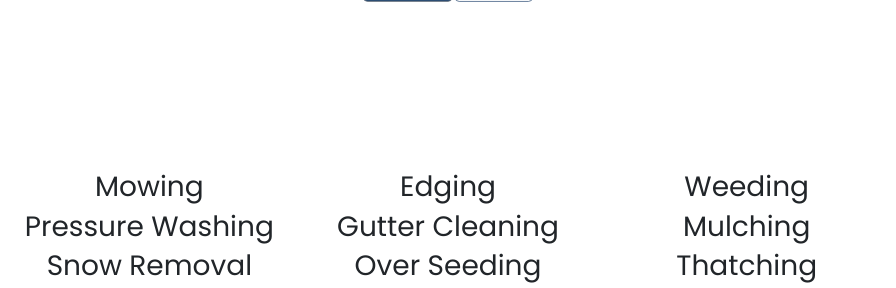
Repository: ParkerW98/Nobo
Page: docs/index.html
An editor plug-in stored every save of this project. The page is shown before and after the next save, followed by the edit.
The browser window is 1280 px wide. The pictures show the part of the page from y = 481 to 2401 px (the page is 892 px tall before and 2860 px after), at 70% of full size.

Above is the page before, as saved 2024-01-22 14:50:03.

### docs/index.html
<!doctype html>
<html lang="en">
    <head>
        <title>Nobo Landscaping - Home Page</title>
        <!-- Meta tags -->
        <meta charset="UTF-8">
        <meta http-equiv="X-UA-Compatible" content="IE-=Edge">
        <meta name="viewport" content="width=device-width, initial-scale=1.0">
        <meta name="author" content="Parker Williams">
        <meta name="title" content="Nobo Landscaping">
        <meta name="description" content="Professional landscaping services brought to you by Nobo
        Landscaping">
        <meta name="keywords" content="Landscaping, Mowing, Edging, Blowing, Pressure washing,
        Gutter cleaning, Mulching, Weeding, Snow removal, Over seeding, Spring clean,
        Thatching, Aerating">

        <!-- Bootstrap CSS v5.3.2 -->
        <link
            href="https://cdn.jsdelivr.net/npm/bootstrap@5.3.2/dist/css/bootstrap.min.css"
            rel="stylesheet"
            integrity="sha384-T3c6CoIi6uLrA9TneNEoa7RxnatzjcDSCmG1MXxSR1GAsXEV/Dwwykc2MPK8M2HN"
            crossorigin="anonymous"
        />
        <link
            rel="stylesheet"
            href="https://cdn.jsdelivr.net/npm/bootstrap-icons@1.11.3/font/bootstrap-icons.min.css">

            <link rel="stylesheet" href="./index.css">

            <link rel="preconnect" href="https://fonts.googleapis.com">
            <link rel="preconnect" href="https://fonts.gstatic.com" crossorigin>
            <link href="https://fonts.googleapis.com/css2?family=Poppins:wght@300;400&display=swap" rel="stylesheet">

    </head>

    <body>
        <header>
        <div class="container-fluid">
            <div class="row">
                <div class="col-sm align-self-center" id="cta">
                    <a class="btn btn-primary" href="#book-now" role="button">BOOK NOW</a>
                </div>
                <div class="col-md-7 align-self-center">
                    <div class="banner" id="top-page">
                        <a>
                            <img
                            src="./assets/Nobo banner 1.svg"
                            class="img-fluid"
                            alt="Nobo logo banner"
                            >
                        </a>
                    </div>
                </div>
                <div class="col-sm align-self-center">
                </div>
            </div>
        </div>
        </header>
        <main>
            <div class="container-fluid greeting">
                <h1 id="quality-tag">QUALITY THAT IS GUARANTEED</h1>
                <h2 id="tag-line">Landscaping done the NOBO way<br>
                                    the way it should be</h2>
                <div class="mid-buttons">
                    <a class="btn btn-secondary left-button" href="#book-now" role="button">GET A QUOTE</a>
                    <a class="btn btn-secondary right-button" href="#book-now" role="button">OUR WORK</a>
                </div>
            </div>

            <div class="container-fluid text-center services">
                <div class="row">
                    <div class="col-sm">
                        <h1>Mowing</h1>
                    </div>
                    <div class="col-sm">
                        <h1>Edging</h1>
                    </div>
                    <div class="col-sm">
                        <h1>Weeding</h1>
                    </div>
                </div>
                <div class="row">
                    <div class="col-sm">
                        <h1>Pressure Washing</h1>
                    </div>
                    <div class="col-sm">
                        <h1>Gutter Cleaning</h1>
                    </div>
                    <div class="col-sm">
                        <h1>Mulching</h1>
                    </div>
                </div>
                <div class="row">
                    <div class="col-sm">
                        <h1>Snow Removal</h1>
                    </div>
                    <div class="col-sm">
                        <h1>Over Seeding</h1>
                    </div>
                    <div class="col-sm">
                        <h1>Thatching</h1>
                    </div>
                </div>
            </div>
        </main>
        <footer>

        </footer>
        <!-- Bootstrap JavaScript Libraries -->
        <script
            src="https://cdn.jsdelivr.net/npm/@popperjs/core@2.11.8/dist/umd/popper.min.js"
            integrity="sha384-I7E8VVD/ismYTF4hNIPjVp/Zjvgyol6VFvRkX/vR+Vc4jQkC+hVqc2pM8ODewa9r"
            crossorigin="anonymous"
        ></script>

        <script
            src="https://cdn.jsdelivr.net/npm/bootstrap@5.3.2/dist/js/bootstrap.min.js"
            integrity="sha384-BBtl+eGJRgqQAUMxJ7pMwbEyER4l1g+O15P+16Ep7Q9Q+zqX6gSbd85u4mG4QzX+"
            crossorigin="anonymous"
        ></script>
    </body>
</html>

### docs/index.css
body {
    font-family: 'Poppins', sans-serif;
}

.banner {
    text-align: center;
}

#cta {
    text-align: center;
}

header {
    background-color: #f5f5f5;
}

.btn-primary {
    background-color: #eb5050;
    border-color: #eb5050;
    padding: .5em;
    padding-left: 1em;
    padding-right: 1em;
    font-size: 1.55em;
}

.btn-primary:hover {
    background-color: #C74444;
    border-color: #C74444;
}

.greeting {

}

#quality-tag {
    margin-top: 10em;
    text-align: center;
    font-size: 1.3em;
    letter-spacing: .2em;
    color:#C74444;
}

#tag-line {
    margin-top: 0.5em;
    text-align: center;
    font-size: 2.3em;
    letter-spacing: .05em;
    color: #2A4B73;
}

.mid-buttons {
    margin-top: 1em;
    text-align: center;
    margin-bottom: 15em;
}

.left-button {
    background-color: #2A4B73;
}

.left-button:hover {
    background-color: #1D344F;
}

.right-button {
    background-color: transparent;
    border-color: #2A4B73;
    color:#2A4B73
}

.right-button:hover {
    background-color: #f5f5f5;
    color: #1D344F;
}

.services {
    margin-top: 10em;
}

.service-text {
    margin-left: 15em;
    margin-right: 15em;
    margin-bottom: 3em;
}

/* Mobile properties */

@media (max-width: 990px) {
    .btn-primary {
        padding: .35em;
        padding-left: .7em;
        padding-right: .7em;
        font-size: .90em;
    }

    .btn-primary:hover {
        padding: .35em;
        padding-left: .7em;
        padding-right: .7em;
        font-size: .90em;
    }
}

@media (max-width: 767px) {

    #cta {
        display: none;
    }

    #quality-tag {
        margin-top: 5em;
        text-align: center;
        font-size: 0.9em;
        letter-spacing: .2em;
        color:#C74444;
    }

    #tag-line {
        margin-top: 0.5em;
        text-align: center;
        font-size: 1.5em;
        letter-spacing: .05em;
        color: #2A4B73;
    }

    .mid-buttons {
        margin-top: 1em;
        text-align: center;
    }

    .left-button {
        background-color: #2A4B73;
        padding: .35em;
        padding-left: .7em;
        padding-right: .7em;
        font-size: .90em;
    }

    .left-button:hover {
        background-color: #1D344F;
    }

    .right-button {
        background-color: transparent;
        border-color: #2A4B73;
        color:#2A4B73;
        padding: .35em;
        padding-left: .7em;
        padding-right: .7em;
        font-size: .90em;
    }

    .right-button:hover {
        background-color: #f5f5f5;
        color: #1D344F;
    }
}

After the next save:
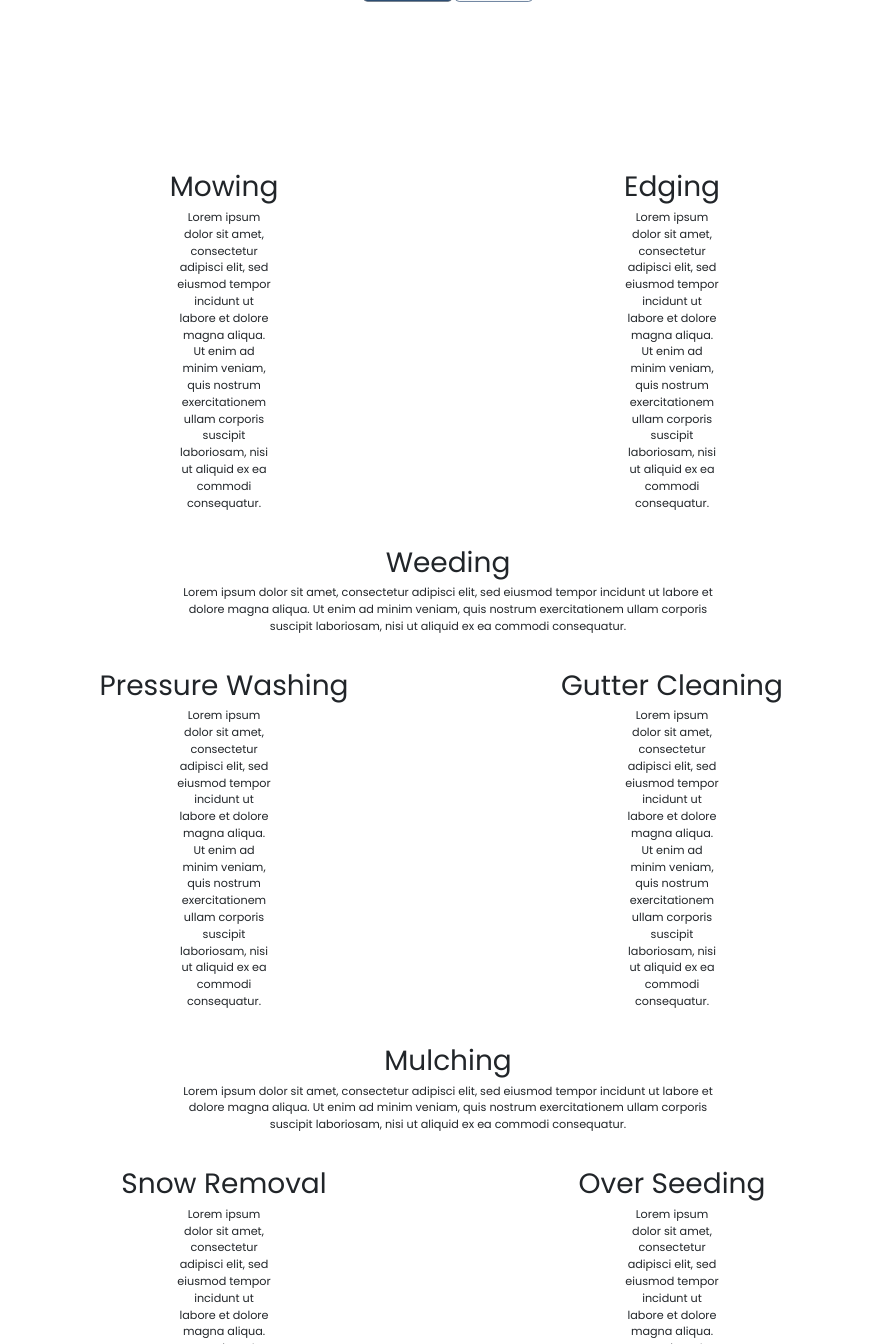
Saved 1 s later.
--- a/docs/index.html
+++ b/docs/index.html
@@ -71,34 +71,61 @@
                 <div class="row">
                     <div class="col-sm">
                         <h1>Mowing</h1>
+                        <p class="text-center service-text">Lorem ipsum dolor sit amet, consectetur adipisci elit,
+                            sed eiusmod tempor incidunt ut labore et dolore magna aliqua. Ut enim ad minim veniam,
+                            quis nostrum exercitationem ullam corporis suscipit laboriosam, nisi ut aliquid ex ea commodi consequatur.</p>
                     </div>
                     <div class="col-sm">
                         <h1>Edging</h1>
+                        <p class="text-center service-text">Lorem ipsum dolor sit amet, consectetur adipisci elit,
+                            sed eiusmod tempor incidunt ut labore et dolore magna aliqua. Ut enim ad minim veniam,
+                            quis nostrum exercitationem ullam corporis suscipit laboriosam, nisi ut aliquid ex ea commodi consequatur.</p>
                     </div>
                     <div class="col-sm">
                         <h1>Weeding</h1>
+                        <p class="text-center service-text">Lorem ipsum dolor sit amet, consectetur adipisci elit,
+                            sed eiusmod tempor incidunt ut labore et dolore magna aliqua. Ut enim ad minim veniam,
+                            quis nostrum exercitationem ullam corporis suscipit laboriosam, nisi ut aliquid ex ea commodi consequatur.</p>
                     </div>
                 </div>
                 <div class="row">
                     <div class="col-sm">
                         <h1>Pressure Washing</h1>
+                        <p class="text-center service-text">Lorem ipsum dolor sit amet, consectetur adipisci elit,
+                            sed eiusmod tempor incidunt ut labore et dolore magna aliqua. Ut enim ad minim veniam,
+                            quis nostrum exercitationem ullam corporis suscipit laboriosam, nisi ut aliquid ex ea commodi consequatur.</p>
                     </div>
                     <div class="col-sm">
                         <h1>Gutter Cleaning</h1>
+                        <p class="text-center service-text">Lorem ipsum dolor sit amet, consectetur adipisci elit,
+                            sed eiusmod tempor incidunt ut labore et dolore magna aliqua. Ut enim ad minim veniam,
+                            quis nostrum exercitationem ullam corporis suscipit laboriosam, nisi ut aliquid ex ea commodi consequatur.</p>
                     </div>
                     <div class="col-sm">
                         <h1>Mulching</h1>
+                        <p class="text-center service-text">Lorem ipsum dolor sit amet, consectetur adipisci elit,
+                            sed eiusmod tempor incidunt ut labore et dolore magna aliqua. Ut enim ad minim veniam,
+                            quis nostrum exercitationem ullam corporis suscipit laboriosam, nisi ut aliquid ex ea commodi consequatur.</p>
                     </div>
                 </div>
                 <div class="row">
                     <div class="col-sm">
                         <h1>Snow Removal</h1>
+                        <p class="text-center service-text">Lorem ipsum dolor sit amet, consectetur adipisci elit,
+                            sed eiusmod tempor incidunt ut labore et dolore magna aliqua. Ut enim ad minim veniam,
+                            quis nostrum exercitationem ullam corporis suscipit laboriosam, nisi ut aliquid ex ea commodi consequatur.</p>
                     </div>
                     <div class="col-sm">
                         <h1>Over Seeding</h1>
+                        <p class="text-center service-text">Lorem ipsum dolor sit amet, consectetur adipisci elit,
+                            sed eiusmod tempor incidunt ut labore et dolore magna aliqua. Ut enim ad minim veniam,
+                            quis nostrum exercitationem ullam corporis suscipit laboriosam, nisi ut aliquid ex ea commodi consequatur.</p>
                     </div>
                     <div class="col-sm">
                         <h1>Thatching</h1>
+                        <p class="text-center service-text">Lorem ipsum dolor sit amet, consectetur adipisci elit,
+                            sed eiusmod tempor incidunt ut labore et dolore magna aliqua. Ut enim ad minim veniam,
+                            quis nostrum exercitationem ullam corporis suscipit laboriosam, nisi ut aliquid ex ea commodi consequatur.</p>
                     </div>
                 </div>
             </div>
